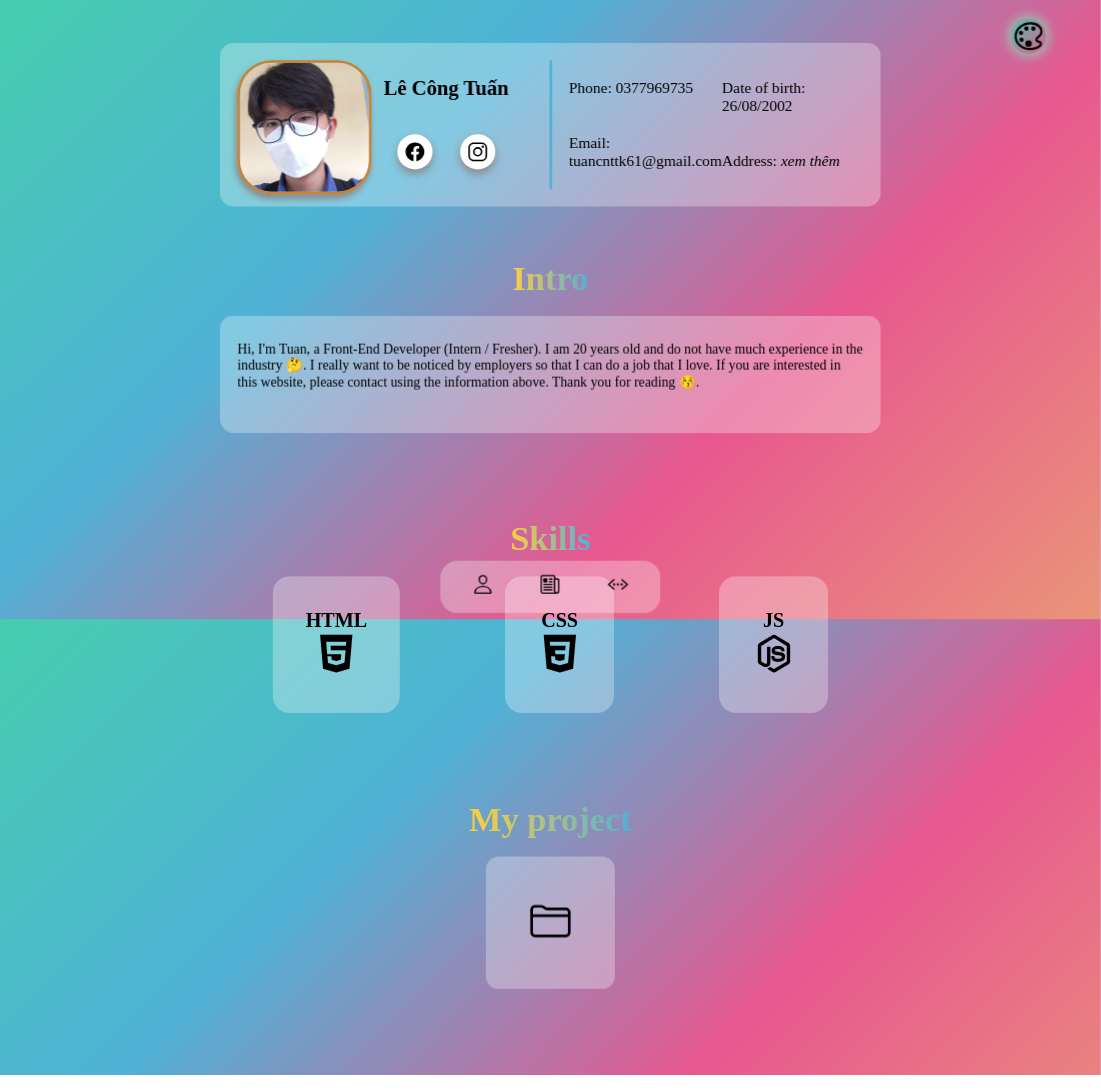
Repository: LeCongTuan2608/Profile
Page: index.html
These files come from the project's save history. The page is drawn as it stood at one moment and after the next save; the edit follows.
The browser window is 1280 px wide. The pictures show the whole page, at 86% of full size.
Backgrounds fixed to the window are drawn as part of the page. The style sheet was rebuilt from its Sass, Less or Tailwind sources for each picture, by a compiler version that may differ from the author's.

Above is the page before, as saved 2022-05-05 11:06:45.

### index.html
<!DOCTYPE html>
<html lang="en">
   <head>
      <meta charset="UTF-8" />
      <meta http-equiv="X-UA-Compatible" content="IE=edge" />
      <meta name="viewport" content="width=device-width, initial-scale=1.0" />

      <script type="module" src="https://unpkg.com/ionicons@5.5.2/dist/ionicons/ionicons.esm.js"></script>
      <script nomodule src="https://unpkg.com/ionicons@5.5.2/dist/ionicons/ionicons.js"></script>

      <link rel="preconnect" href="https://fonts.googleapis.com" />
      <link rel="preconnect" href="https://fonts.gstatic.com" crossorigin />
      <link href="https://fonts.googleapis.com/css2?family=Pacifico&display=swap" rel="stylesheet" />

      <link href="https://unpkg.com/aos@2.3.1/dist/aos.css" rel="stylesheet" />
      <script src="https://unpkg.com/aos@2.3.1/dist/aos.js"></script>

      <link rel="stylesheet" href="./sass/css/style.css" />
      <title>Profile</title>
   </head>
   <body>
      <div class="container">
         <div class="palette">
            <ion-icon name="color-palette-outline"></ion-icon>
            <div class="list-color">
               <ul>
                  <li></li>
                  <li></li>
               </ul>
            </div>
         </div>

         <div class="contents">
            <div data-aos="flip-left" data-aos-duration="1500">
               <div class="card-info">
                  <div class="personal-information">
                     <div class="image">
                        <div class="user-image">
                           <img src="./images/1.JPG" alt="" />
                        </div>
                        <div class="user-intro">
                           <h2>Lê Công Tuấn</h2>
                           <div class="user-intro-navigation">
                              <div class="navigation-fb">
                                 <a href="https://www.facebook.com/profile.php?id=100026041985048"
                                    ><ion-icon name="logo-facebook"></ion-icon
                                 ></a>
                                 <span>facebook</span>
                              </div>
                              <div class="navigation-ins">
                                 <a href="https://www.instagram.com/tuanle2608/"
                                    ><ion-icon name="logo-instagram"></ion-icon
                                 ></a>
                                 <span>instagram</span>
                              </div>
                           </div>
                        </div>
                     </div>
                     <div class="contact">
                        <div class="contact-info">
                           <span>Phone: 0377969735</span>
                           <span>Email: tuancnttk61@gmail.com</span>
                        </div>
                        <div class="contact-info">
                           <span>Date of birth: 26/08/2002</span>
                           <span>Address: <i id="see">xem thêm</i></span>
                        </div>
                     </div>
                  </div>
               </div>
            </div>
            <div class="card-intro">
               <div class="intro-yourself">
                  <div class="title">
                     <div data-aos="fade-up" data-aos-duration="1000">
                        <h1>Intro</h1>
                     </div>
                  </div>
                  <div data-aos="flip-down" data-aos-duration="1000">
                     <div class="intro-content">
                        <p>
                           Hi, I'm Tuan, a Front-End Developer (Intern / Fresher). I am 20 years old and do not have
                           much experience in the industry 🤔. I really want to be noticed by employers so that I can do
                           a job that I love. If you are interested in this website, please contact using the
                           information above. Thank you for reading 😚.
                        </p>
                     </div>
                  </div>
               </div>

               <div class="my-skills">
                  <div class="title">
                     <div data-aos="fade-down" data-aos-easing="linear" data-aos-duration="300">
                        <h1>Skills</h1>
                     </div>
                  </div>
                  <div class="skills-content">
                     <div class="list-skills">
                        <div data-aos="fade-right">
                           <h3>HTML</h3>
                           <ion-icon name="logo-html5"></ion-icon>
                        </div>

                        <div data-aos="fade-down">
                           <h3>CSS</h3>
                           <ion-icon name="logo-css3"></ion-icon>
                        </div>

                        <div data-aos="fade-left">
                           <h3>JS</h3>
                           <ion-icon name="logo-nodejs"></ion-icon>
                        </div>
                     </div>
                  </div>
               </div>

               <div class="my-project">
                  <div class="title">
                     <div data-aos="fade-up" data-aos-anchor-placement="bottom-bottom">
                        <h1>My project</h1>
                     </div>
                  </div>
                  <div class="project-box">
                     <div data-aos="zoom-in">
                        <div class="box">
                           <ion-icon name="folder-outline"></ion-icon>
                        </div>
                     </div>
                  </div>
               </div>
            </div>
         </div>

         <div class="box-container">
            <div class="list-project">
               <div class="close">
                  <ion-icon name="close-circle-outline"></ion-icon>
               </div>

               <ul>
                  <li>
                     <a href="https://lecongtuan2608.github.io/Youtube/">https://lecongtuan2608.github.io/Youtube/</a>
                  </li>
                  <li><a href="https://lecongtuan2608.github.io/music/">https://lecongtuan2608.github.io/music/</a></li>
               </ul>
            </div>
         </div>
         <div class="toolbar">
            <div class="tollbar-list">
               <ul>
                  <li><ion-icon name="person-outline"></ion-icon></li>
                  <li><ion-icon name="newspaper-outline"></ion-icon></li>
                  <li><ion-icon name="code-working-outline"></ion-icon></li>
               </ul>
            </div>
         </div>
      </div>
   </body>
   <script>
      AOS.init();
   </script>
   <script src="./js/app.js"></script>
</html>

### js/app.js
const open_project = document.querySelector('.box');
const box_container = document.querySelector('.box-container');
const close_box = document.querySelector('.close');
const list_project = document.querySelector('.list-project');
open_project.addEventListener('click', function () {
   box_container.classList.add('open');
});
close_box.addEventListener('click', function () {
   box_container.classList.remove('open');
});
box_container.addEventListener('click', function () {
   box_container.classList.remove('open');
});
list_project.addEventListener('click', function (event) {
   event.stopPropagation();
});

### sass/style.scss
*{
    margin: 0;
    padding: 0;
}
html{
    width: 100%;
    height: 100%;
    padding: 0;
    margin: 0;
    font-family: 'Fredoka One', cursive;

}
body{
    width: 100%;
    height: auto;

}
.container{
    padding-top: 50px;
    width: 100%;
    height: auto;
    position: relative;
    background-image: linear-gradient(-45deg, #ea9479, #e7588f, #4fb2d6, #46cdae);
    background-attachment: fixed;
}
.palette{
    position: fixed;
    top: 3%;
    right: 5%;
    font-size: 40px;
}
.list-color ul{
    position: absolute;
}
.palette:hover ul li{
    display: block;
}
.list-color ul li:first-child{
    margin-bottom: 10px;
    background-image: linear-gradient(45deg, #4158D0 0%, #C850C0 46%, #FFCC70 100%);

}
.list-color ul li:last-child{
    background-image: linear-gradient(45deg, rgb(0, 219, 222) 32%, rgb(252, 0, 255) 100%);

}
.list-color ul li{
    list-style-type: none;
    display: none;
    width: 40px;
    height: 40px;
    border-radius: 100rem;
    // background-color: red;
}
.toolbar{
    width:  20%;
    border-radius: 20px;
    position: fixed;
    font-size: 25px;
    left: 50%;
    transform: translateX(-50%);
    bottom: 1%;
    background-color: rgba($color: white, $alpha: 0.3);
}
.tollbar-list{
    padding: 10px;
}
.toolbar ul{
    display: flex;
    justify-content: space-around;
}
.toolbar ul li {
    list-style-type: none;
    display: inline;
    border-radius: 100rem;
    cursor: pointer;
}
.toolbar ul li ion-icon{
    padding: 5px;
}
.toolbar ul li:hover {
background-color: #a5e296;
}
.palette ion-icon{
    background-image: linear-gradient(-45deg, #e7588f,#46cdae);
    border-radius: 100rem;
    box-shadow: #a9a9a9 0px 0px 10px 6px;
    cursor: pointer;
}
.contents{
    width: 100%;
    display: flex;
    flex-wrap: wrap;
    align-content: center;
    flex-direction: column;
}
.contents > div{
    width: 60%;
}
.card-info{
    background-color: rgba($color: white, $alpha: 0.3);
    border-radius: 15px;
}
.personal-information{
    padding: 20px;
    display: flex;

}
.image{
    display: flex;
    flex: 1;
    border-right: 3px solid;
    border-color:#4fb2d6;
    padding-right: 20px;
}
.user-image{
    width: 150px;
    height: 150px;
    // border: 3px solid;
    // border-image-source: linear-gradient(to top, #f64f59, #9634c8);
    // border-image-slice :1;
}
.user-image img{
    width: 100%;
    height: 100%;
    object-fit: cover;
    border-radius: 40px;
    border: solid;
    border-color: #cd802e;
    box-shadow: rgb(137, 137, 137) -2px 5px 7px 0px;


}
.user-intro{
    display: flex;
    margin-left: 20px;
    flex-direction: column;
    justify-content: space-around;
}
.user-intro-navigation{
    display: flex;
    justify-content: space-around;
}
.user-intro-navigation a{
    color: black;
    text-decoration: none;
}
.user-intro-navigation a > ion-icon{
    font-size: 25px;
    border-radius: 100rem;
    padding: 8px;
    background-color: white;
    box-shadow: rgb(137, 137, 137) 0px 5px 10px 0px;
}
.navigation-fb{
    position: relative;
}
.navigation-fb span{
    display: none;
}
.navigation-fb a > ion-icon:hover{
    background-color: rgb(153, 159, 248);
}
.navigation-fb:hover span{
    position: absolute;
    display: block;
    background-color: rgb(153, 159, 248);
    border-radius: 40px;
    padding: 5px;
    font-size: 18px;
    top: -95%;
    left: -50%;
    font-weight: 700;
    animation: intro ease 0.5s;
    z-index: 2;
}
.navigation-fb:hover::after{
    position: absolute;
    content: "";
    width: 13px;
    height: 13px;
    background-color: rgb(153, 159, 248);
    clip-path: polygon(50% 100%, 0 0, 100% 0);
    top: -25%;
    left: 30%;
    animation: intro ease 0.5s;
    z-index: 1;
}


.navigation-ins{
    position: relative;
}
.navigation-ins span{
    display: none;
}
.navigation-ins a > ion-icon:hover{
    background-color: rgb(64, 173, 177);
}
.navigation-ins:hover span{
    position: absolute;
    display: block;
    background-color: rgb(64, 173, 177);
    border-radius: 40px;
    padding: 5px;
    font-size: 18px;
    top: -95%;
    left: -50%;
    font-weight: 700;
    animation: intro ease 0.5s;
    z-index: 2;
}
.navigation-ins:hover::after{
    position: absolute;
    content: "";
    width: 13px;
    height: 13px;
    background-color: rgb(64, 173, 177);
    clip-path: polygon(50% 100%, 0 0, 100% 0);
    top: -25%;
    left: 30%;
    animation: intro ease 0.5s;
    z-index: 1;
}
.contact{
    flex: 1;
    display: flex;
    padding-left: 20px;
}
.contact-info{
    flex: 1;
    display: flex;
    flex-direction: column;
    justify-content: space-around;
}
.contact-info span{
    font-size: 18px;
    overflow: hidden;
}

.card-intro{
    margin-top: 30px;
    width: 60%;

}
.intro-yourself{
    margin: 30px 0 100px 0;
}
.title{
    text-align: center;
    margin-bottom: 20px;
    font-size: 20px;
}
.title h1{
    display: inline-block;
    background-image: linear-gradient( to right,#ffce3d, #4fb2d6);
    color: transparent;
    -webkit-background-clip: text;
    background-clip: text;
}
.intro-content{
    padding: 30px 20px 50px 20px;
    background-color: rgba($color: white, $alpha: 0.3);
    border-radius: 15px;
}

.my-skills {
    margin: 30px 0 100px 0;
}
.skills-content .list-skills{
    display: flex;
    justify-content: space-around;
}
.skills-content .list-skills div{
    padding: 5%;
    border-radius: 20px;
    background-color: rgba(255, 255, 255, 0.3);
    list-style-type: none;
    display: inline;
    text-align: center;
    font-size: 20px;
}

.skills-content .list-skills div ion-icon{
    font-size: 50px;
}
.my-project{
    margin: 30px 0 100px 0;

}
.project-box{
    display: flex;
    justify-content: center;
}
.box{
    background-color: rgba($color: white, $alpha: 0.3);
    border-radius: 15px;
    text-align: center;
    cursor: pointer;
}
.box:hover{
    transition-duration: 0.5s;
    transform: scale(1.1, 1.1);
    box-shadow: rgba(130, 130, 130, 0.773) 0px 1px 5px 2px;
}
.box > ion-icon{
    font-size: 50px;
    padding: 50px;
}
.box-container{
    position: fixed;
    top:0;
    left: 0;
    right: 0;
    bottom: 0;
    background-color: rgba( rgb(186, 186, 186), 0.5);
    display: none;
}
.open{
    display: block;
}
.list-project{
    position: absolute;
    left: 30%;
    right: 30%;
    top: 50%;
    transform: translateY(-50%);
    border-radius: 15px;
    background-color: white;
    box-shadow: rgb(137, 137, 137) 0px 5px 10px 0px;
    text-align: center;
    animation: intro ease 1s;

}
.close{
    position: absolute;
    width: 30px;
    height: 30px;
    right: 2%;
    top: 2%;
    font-size: 25px;
    cursor: pointer;
}
.list-project ion-icon:hover{
    color: red;
    border-radius: 100rem;

}
.list-project ul{
    padding: 50px 10px 30px 10px;
}
.list-project ul li{
    list-style-type: none;
}
.list-project ul li a{
    text-decoration: none;
    color: black;
}
.list-project ul li a:hover{
    color: rgb(53, 138, 213);
}
@keyframes intro{
    from {
        transform: translateY((100%));
    }
    to{
        transform: translateY((-50%));
    }
}

After the next save:
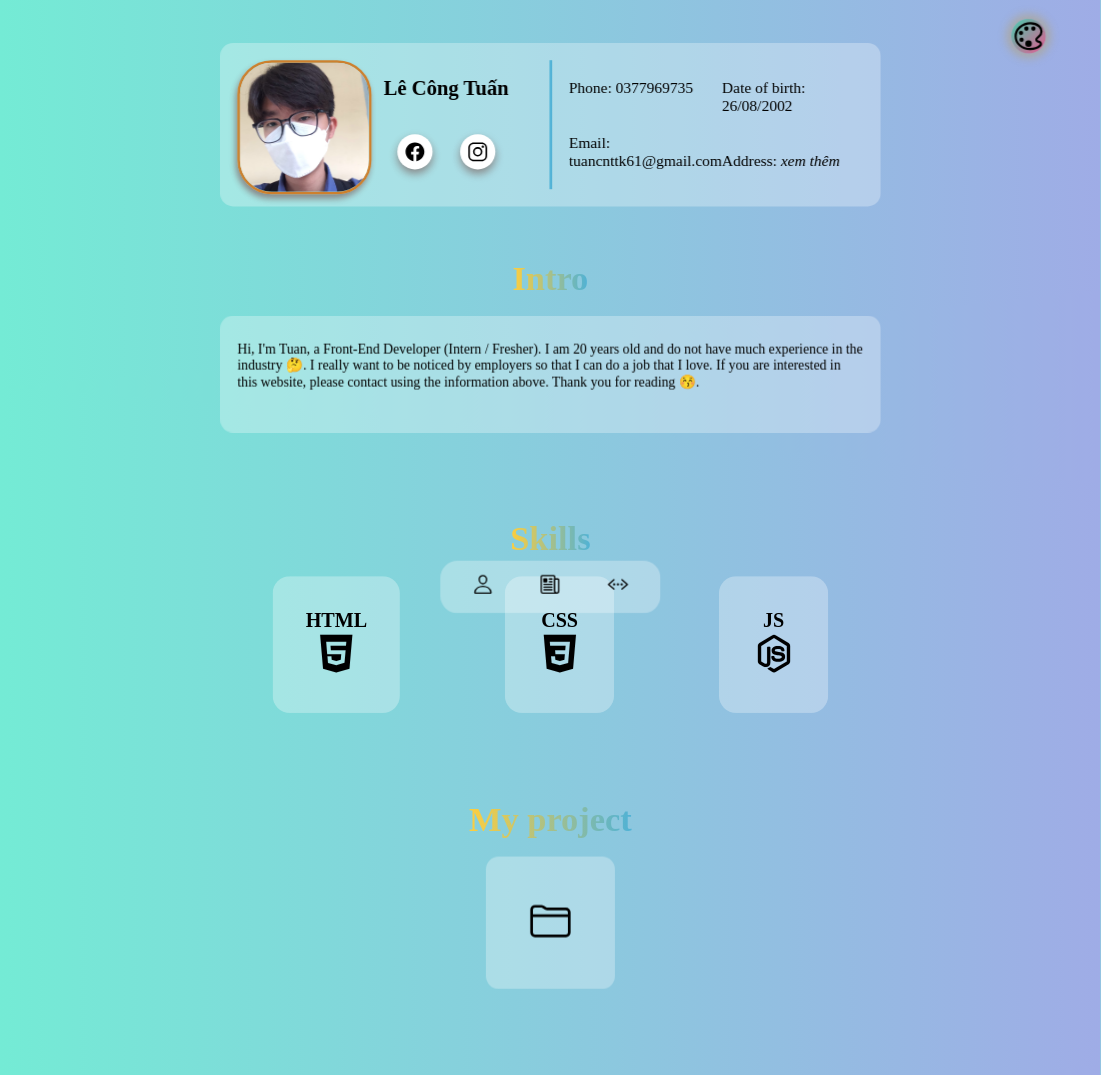
Saved 43 s later.
--- a/sass/style.scss
+++ b/sass/style.scss
@@ -20,7 +20,9 @@
     width: 100%;
     height: auto;
     position: relative;
-    background-image: linear-gradient(-45deg, #ea9479, #e7588f, #4fb2d6, #46cdae);
+    background-color: #74EBD5;
+    background-image: linear-gradient(90deg, #74EBD5 0%, #9FACE6 100%);
+
     background-attachment: fixed;
 }
 .palette{

After the save that followed:
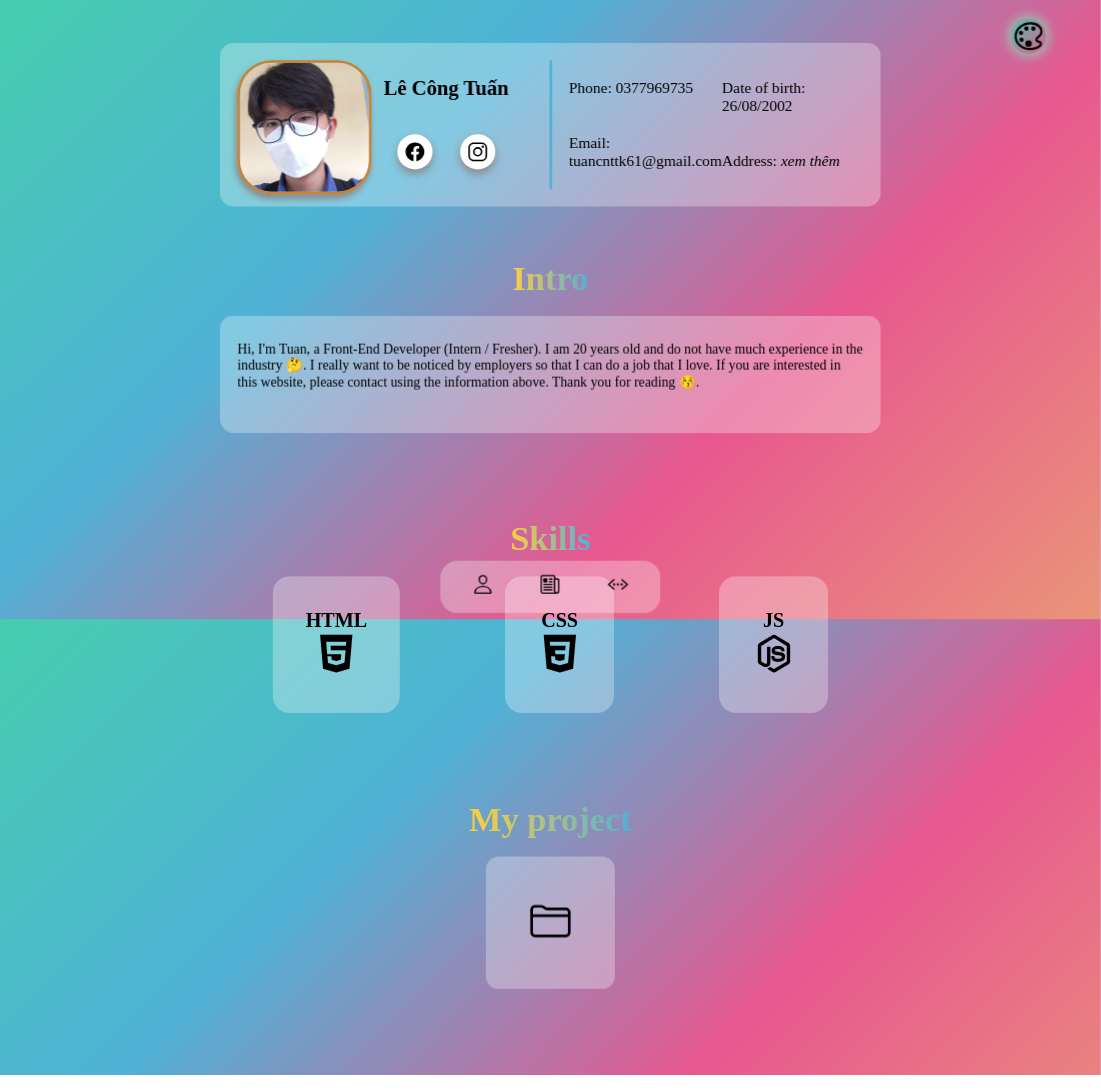
Saved 23 s later.
--- a/sass/style.scss
+++ b/sass/style.scss
@@ -20,9 +20,7 @@
     width: 100%;
     height: auto;
     position: relative;
-    background-color: #74EBD5;
-    background-image: linear-gradient(90deg, #74EBD5 0%, #9FACE6 100%);
-
+    background-image: linear-gradient(-45deg, #ea9479, #e7588f, #4fb2d6, #46cdae);
     background-attachment: fixed;
 }
 .palette{
@@ -39,8 +37,7 @@
 }
 .list-color ul li:first-child{
     margin-bottom: 10px;
-    background-image: linear-gradient(45deg, #4158D0 0%, #C850C0 46%, #FFCC70 100%);
-
+    background-image: linear-gradient(90deg, #74EBD5 0%, #9FACE6 100%);
 }
 .list-color ul li:last-child{
     background-image: linear-gradient(45deg, rgb(0, 219, 222) 32%, rgb(252, 0, 255) 100%);
